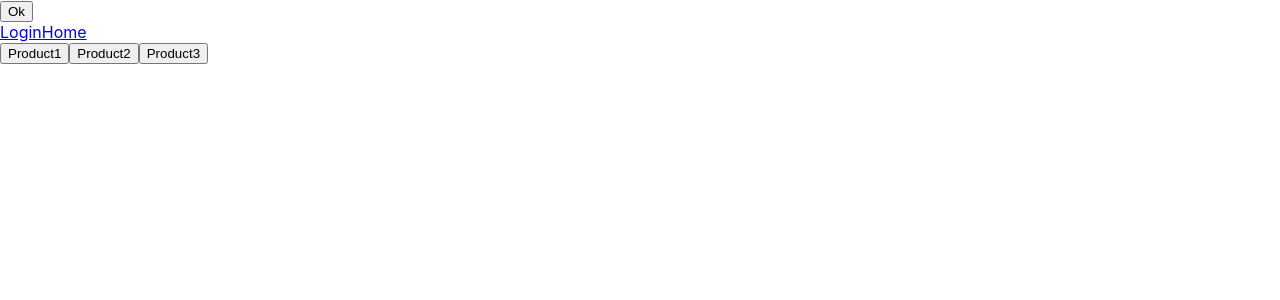
Repository: alinasuciu/endava-test
Page: /
These files come from the project's save history. The page is drawn as it stood at one moment and after the next save; the edit follows.
The browser window is 1280 px wide. The pictures show the whole page.
The project was rebuilt for these pictures with package versions that can differ from the ones it lists, and the page was loaded fresh each time. Also part of the build but not shown: src/components/InputPasswordComponent/index.js, src/components/InputTextComponent/index.js, src/views/Login/Form/index.js, src/views/Login/index.js.

Above is the page before, as saved 2022-08-03 17:03:05.

### src/index.js
import React from 'react';
import ReactDOM from 'react-dom/client';
import { BrowserRouter } from "react-router-dom";

import './index.css';
import App from './App';
import reportWebVitals from './reportWebVitals';

const { createMemoryHistory } = require("history");

const history = createMemoryHistory();

const root = ReactDOM.createRoot(document.getElementById('root'));
root.render(
  <React.StrictMode>
    <BrowserRouter location={history.location} navigator={history}>
      <App />
    </BrowserRouter>
  </React.StrictMode>
);

// If you want to start measuring performance in your app, pass a function
// to log results (for example: reportWebVitals(console.log))
// or send to an analytics endpoint. Learn more: https://bit.ly/CRA-vitals
reportWebVitals();

### src/App.js
import React from "react";
import ViewRoutes from "./views/routes";
import ApiErrorProvider from "./common/providers";
import ApiErrorNotification from './components/ApiErrorNotification';
import Header from "./layout/Header";

const App = () => {

  return (
    <div className="App">
      <ApiErrorProvider>
        <ApiErrorNotification />
        <Header />
        <ViewRoutes />
      </ApiErrorProvider>
    </div>
  );
};

export default App;

### src/views/routes/index.js
import React from "react";
import { Routes, Route } from "react-router-dom";
import Homepage from "../Homepage";
import Login from "../Login";


const ViewRoutes = () => (
  <Routes>
     <Route
      exact
      path="/"
      //layout={Layout}
      element={<Homepage />}
    />
    <Route
      exact
      path="/login"
      //layout={Layout}
      element={<Login />}
    />
  </Routes>
);

export default ViewRoutes;

### src/common/providers/index.js
import React, { useState, useCallback } from 'react';

export const ApiErrorContext = React.createContext({
  error: null,
  addError: () => {},
  removeError: () => {}
});

export default function ApiErrorProvider({ children }) {
  const [error, setError] = useState(null);

  const removeError = () => setError(null);

  const addError = (message, status) => setError({ message, status });

  const contextValue = {
    error,
    addError: useCallback((message, status) => addError(message, status), []),
    removeError: useCallback(() => removeError(), [])
  };

  return (
    <ApiErrorContext.Provider value={contextValue}>
      {children}
    </ApiErrorContext.Provider>
  );
}

### src/components/ApiErrorNotification/index.js
import useApiError from "../../common/hooks";

export default function ApiErrorNotification() {
  const { error, removeError } = useApiError();

  const handleSubmit = () => {
    removeError();
  };

  return (
    <div>
      {error && error.message && <p>({error.message})</p>}
      <button data-testid="notification-submit-button" onClick={handleSubmit}>
        Ok
      </button>
  </div>
  )
}

### src/layout/Header/index.js
import React from "react";
import { Link } from "react-router-dom";


export default function Header() {
  return (
    <header className=''>
      <div className="header__content">
          <Link to={"/login"}>Login</Link>
          <Link to="/">Home</Link>
      </div>
    </header>
  );
}

### src/views/Homepage/index.js
import React, { useState } from 'react'
import Button from '../../components/Button'
import { getProductById } from "../../service"
import useApiError from '../../common/hooks'

export default function Homepage() {
    const { addError } = useApiError();
    const [product, setProduct] = useState({});

    const getProduct = (id) => {
        getProductById(id).then(response => {
            setProduct(response)
        }).catch(error => {
            addError(error);
        })
    }
    return (
        <div>
            <Button type="button" onClick={() => getProduct(1)}>Product1</Button>
            <Button type="button" onClick={() => getProduct(2)}>Product2</Button>
            <Button type="button" onClick={() => getProduct(3)}>Product3</Button>
        </div>
    )
}

### src/common/hooks/index.js
import { useContext } from 'react';
import { ApiErrorContext } from '../providers';

function useApiError() {
  const { error, addError, removeError } = useContext(ApiErrorContext);
  return { error, addError, removeError };
}

export default useApiError;

### src/components/Button/index.js
import React from "react";

export default function Button({type, children, onClick}) {
    return (
        <button type={type} onClick={onClick}>
            {children}
        </button>
    )
}

### src/service/index.js
import api from "../api";


export const getProductById = (id) => {
    return api({ url: `product/${id}` });
};

### src/api/index.js
import axios from "axios";
import { API_BASE } from "../service/envConstants";

const config = {
  headers: {
    "Access-Control-Allow-Origin": "*",
  },
  baseURL: `${API_BASE}/api/`,
};
const axiosInstance = axios.create(config);

const api = async (options) => {
  try {
    const response = await axiosInstance(options);
    return response.data;
  } catch (error) {
    return Promise.reject(error.response.headers['x-message']);
  }
};

export default api;

### src/service/envConstants.js
export const API_BASE = "https://62343fe7-49ca-43a7-9532-92b8846079ed.mock.pstmn.io"

Loaded but not shown: public/index.html (common file); src/index.css (common file); src/reportWebVitals.js (common file)

After the next save:
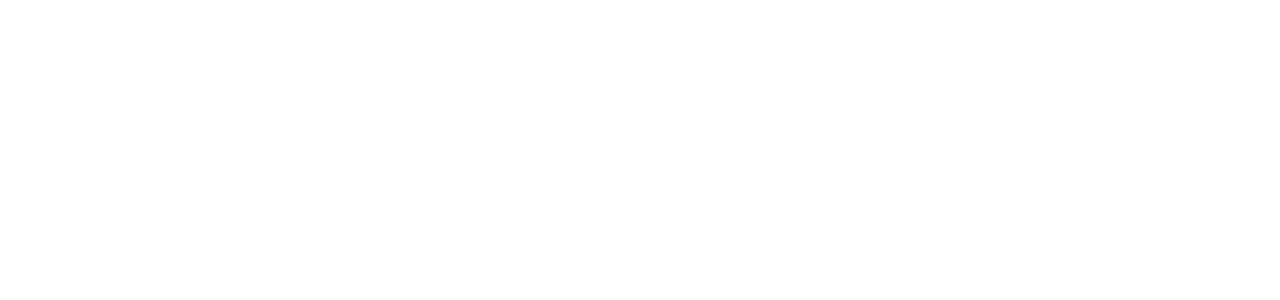
Saved 73 s later.
--- a/src/common/providers/index.js
+++ b/src/common/providers/index.js
@@ -21,7 +21,7 @@
 
   return (
     <ApiErrorContext.Provider value={contextValue}>
-      {children}
+      {error && children}
     </ApiErrorContext.Provider>
   );
 }

After the save that followed:
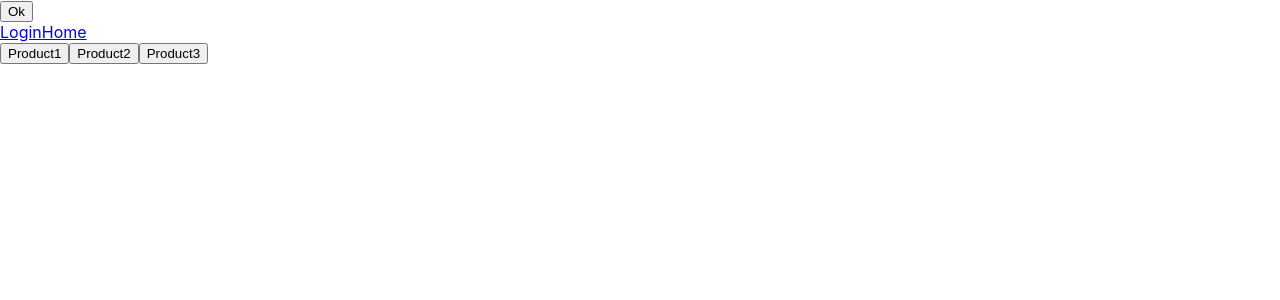
Saved 12 s later.
--- a/src/common/providers/index.js
+++ b/src/common/providers/index.js
@@ -21,7 +21,7 @@
 
   return (
     <ApiErrorContext.Provider value={contextValue}>
-      {error && children}
+      {children}
     </ApiErrorContext.Provider>
   );
 }
